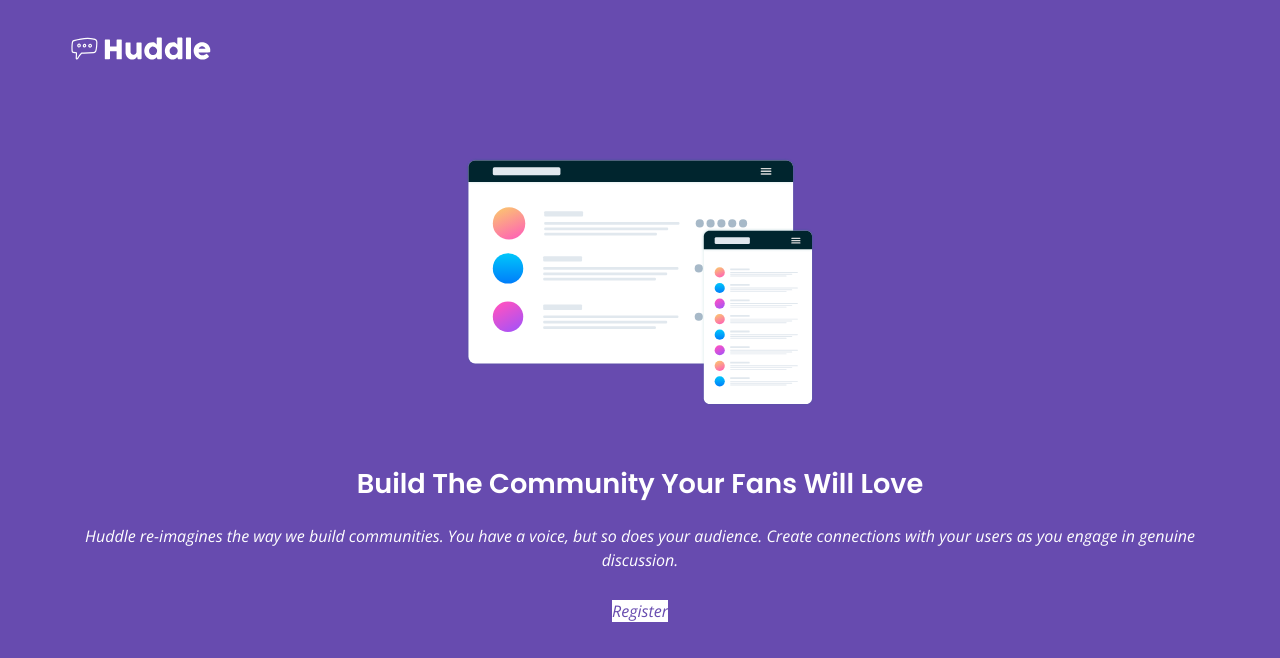
Repository: ivanvqz/huddle-landing-page
Page: index.html
The author's editor kept a copy of each file at every save. The page is drawn from the files as they stood at one save, then again after a run of saves.
The browser window is 1280 px wide. The pictures show the part of the page from y = 0 to 658 px (the page is 1043 px tall).
A picture or video elsewhere on the page could not be fetched, so the positions and the page height are approximate.

Above is the page before, as saved 2022-10-19 22:46:29.

### index.html
<!DOCTYPE html>
<html lang="en">
  <head>
    <meta charset="UTF-8">
    <meta name="viewport" content="width=device-width, initial-scale=1.0">

    <link rel="icon" type="image/png" sizes="32x32" href="./images/favicon-32x32.png">

    <title>Proyect 1</title>

    <link rel="preconnect" href="https://fonts.googleapis.com">
    <link rel="preconnect" href="https://fonts.gstatic.com" crossorigin>
    <link href="https://fonts.googleapis.com/css2?family=Open+Sans:ital@1&family=Poppins:ital,wght@0,600;1,400&display=swap" rel="stylesheet">

    <link rel="stylesheet" href="./css/style.css">
  </head>
<body>

  <header class="hero">
    <!-- menu de navegacion -->
    <nav class="nav container">
      <img src="./images/logo.svg" class="nav__logo" alt="Logo">
    </nav>

    <section class="hero__container container">
      <figure class="hero__picture">
        <img src="./images/illustration-mockups.svg" class="hero__img" alt="mockups">
      </figure>

      <div class="hero__texts">
        <h1 class="hero__title">Build The Community Your Fans Will Love</h1>
        <p class="hero__paragraph">Huddle re-imagines the way we build communities. You have a voice, but so does your audience.
        Create connections with your users as you engage in genuine discussion.</p>
        <a href="#" class="hero__cta">Register</a>
      </div>

      <div class="hero__contact">
        <a href="#" class="hero__link">
          <img src="./images/fb.svg" class="hero__icon" alt="icon">
        </a>
        <a href="#" class="hero__link">
          <img src="./images/twitter.svg" class="hero__icon" alt="icon">
        </a>
        <a href="#" class="hero__link">
          <img src="./images/instagram.svg" class="hero__icon" alt="icon">
        </a>
      </div>
    </section>
  </header>


  <!-- <footer>
    <p class="attribution">
      Challenge by <a href="https://www.frontendmentor.io?ref=challenge" target="_blank">Frontend Mentor</a>.
      Coded by <a href="#">Your Name Here</a>.
    </p>
  </footer> -->
</body>
</html>

### css/style.css
:root {
    --violet: hsl(257, 40%, 49%);
    --soft-magenta: hsl(300, 69%, 71%);

    --font1: 'Open Sans', sans-serif;
    --font2: 'Poppins', sans-serif;

    --padding-container: 60px 0;
}
* {
    margin: 0;
    box-sizing: border-box;
}
body {
    font-family: var(--font1);
}

.hero {
    background-color: var(--violet);
}

/* todos los elementos tengan un width de 90% y un margin 0 auto */

.container {
    width: 90%;
    margin: 0 auto;
    /* para los elementos que se salgan se oculten */
    overflow: hidden;
    max-width: 1200px;
    padding: var(--padding-container);
}

.nav {
    --padding-container: 30px 0;
}
.nav__logo {
    width: 150px;
    display: block;
}

.hero__container {
    display: flex;
    align-items: center;
    flex-direction: column;
}

.hero__img {
    max-width: 350px;
    width: 100%;
    /* para quitar el margen que tiene la imagen */
    display: block;
    margin: 0 auto;
}

.hero__texts {
    margin: 3.5em 0;
    color: white;
    text-align: center;
}

.hero__title {
    font-size: 1.7rem;
    font-family: var(--font2);
}

.hero__paragraph {
    line-height: 1.5;
    margin: 1.2em 0 1.73em;
}

.hero__cta{
    display: inline;
    color: var(--violet);
    background-color: #fff;
    text-decoration: none;
}

### images/fb.svg
<svg xmlns="http://www.w3.org/2000/svg" width="24" height="24" viewBox="0 0 24 24" style="fill: #fff ;transform: ;msFilter:;"><path d="M13.397 20.997v-8.196h2.765l.411-3.209h-3.176V7.548c0-.926.258-1.56 1.587-1.56h1.684V3.127A22.336 22.336 0 0 0 14.201 3c-2.444 0-4.122 1.492-4.122 4.231v2.355H7.332v3.209h2.753v8.202h3.312z"></path></svg>

### images/twitter.svg
<svg xmlns="http://www.w3.org/2000/svg" width="24" height="24" viewBox="0 0 24 24" style="fill: #fff ;transform: ;msFilter:;"><path d="M19.633 7.997c.013.175.013.349.013.523 0 5.325-4.053 11.461-11.46 11.461-2.282 0-4.402-.661-6.186-1.809.324.037.636.05.973.05a8.07 8.07 0 0 0 5.001-1.721 4.036 4.036 0 0 1-3.767-2.793c.249.037.499.062.761.062.361 0 .724-.05 1.061-.137a4.027 4.027 0 0 1-3.23-3.953v-.05c.537.299 1.16.486 1.82.511a4.022 4.022 0 0 1-1.796-3.354c0-.748.199-1.434.548-2.032a11.457 11.457 0 0 0 8.306 4.215c-.062-.3-.1-.611-.1-.923a4.026 4.026 0 0 1 4.028-4.028c1.16 0 2.207.486 2.943 1.272a7.957 7.957 0 0 0 2.556-.973 4.02 4.02 0 0 1-1.771 2.22 8.073 8.073 0 0 0 2.319-.624 8.645 8.645 0 0 1-2.019 2.083z"></path></svg>

After the next 2 saves:
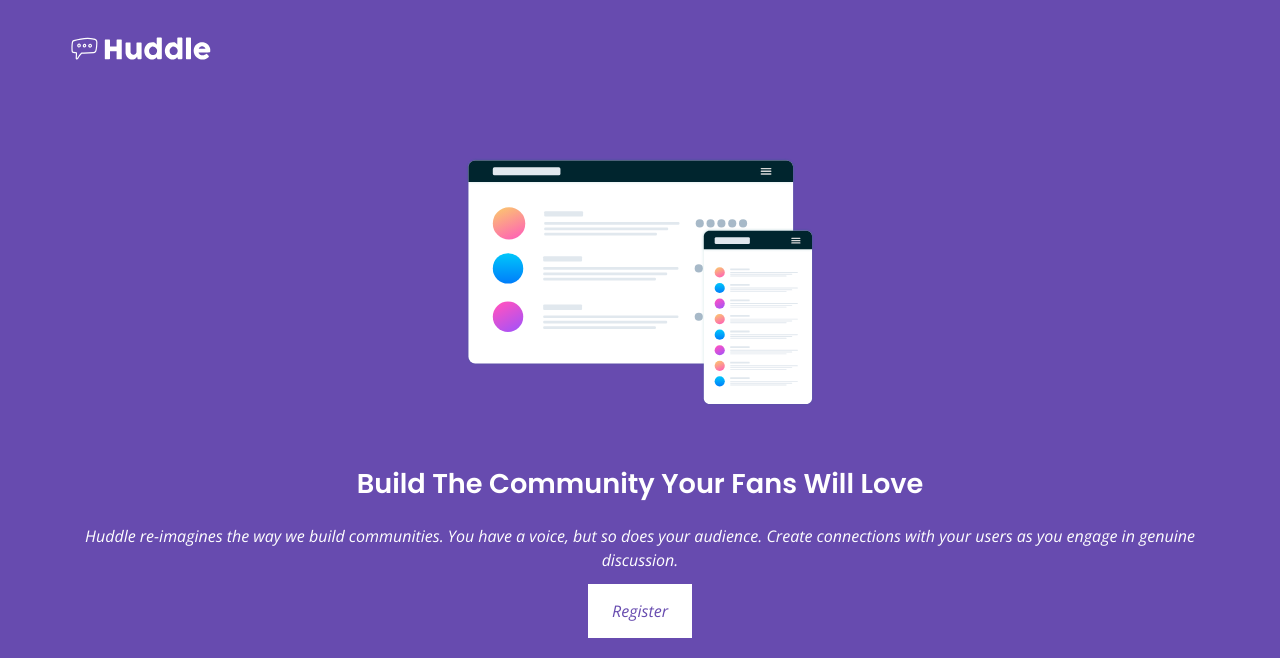
The 2 saves are shown as one change because they came seconds apart.
The last was saved 10 s later.
--- a/css/style.css
+++ b/css/style.css
@@ -73,4 +73,5 @@
     color: var(--violet);
     background-color: #fff;
     text-decoration: none;
+    padding: 1em 1.5em;
 }
